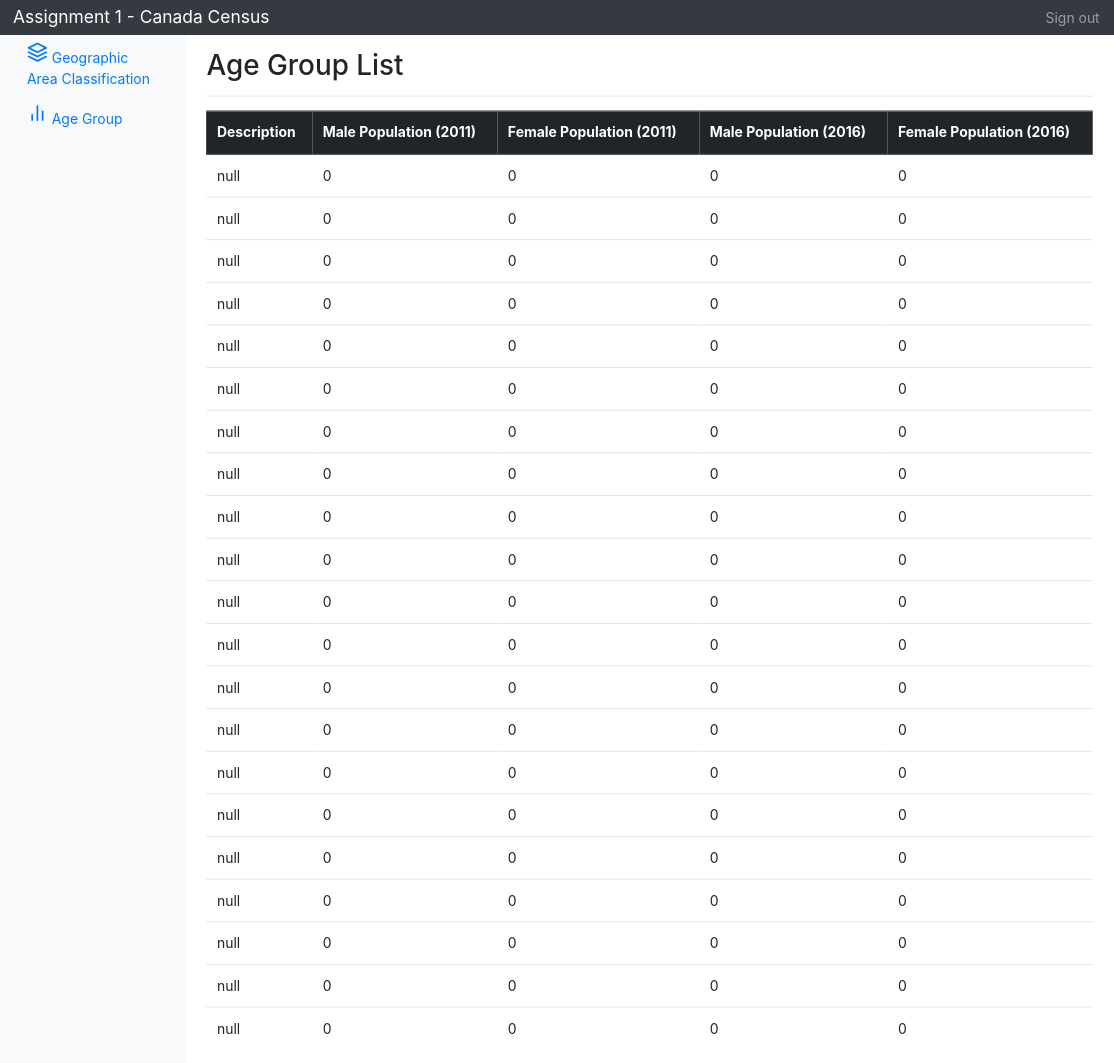
Repository: Yodilicious/PROG3060Assignment1
Page: http://localhost/PROG3060Assignment1JV/ageGroup
The author's editor kept a copy of each file at every save. The page is drawn from the files as they stood at one save, then again after the next save.
The browser window is 1280 px wide. The pictures show the whole page, at 87% of full size.
Some web libraries are served in a nearby version. The page is served by Tomcat 9. Queries for data that is not in the repository find no rows.

Above is the page before, as saved 2018-02-19 01:52:17.

After the next save:
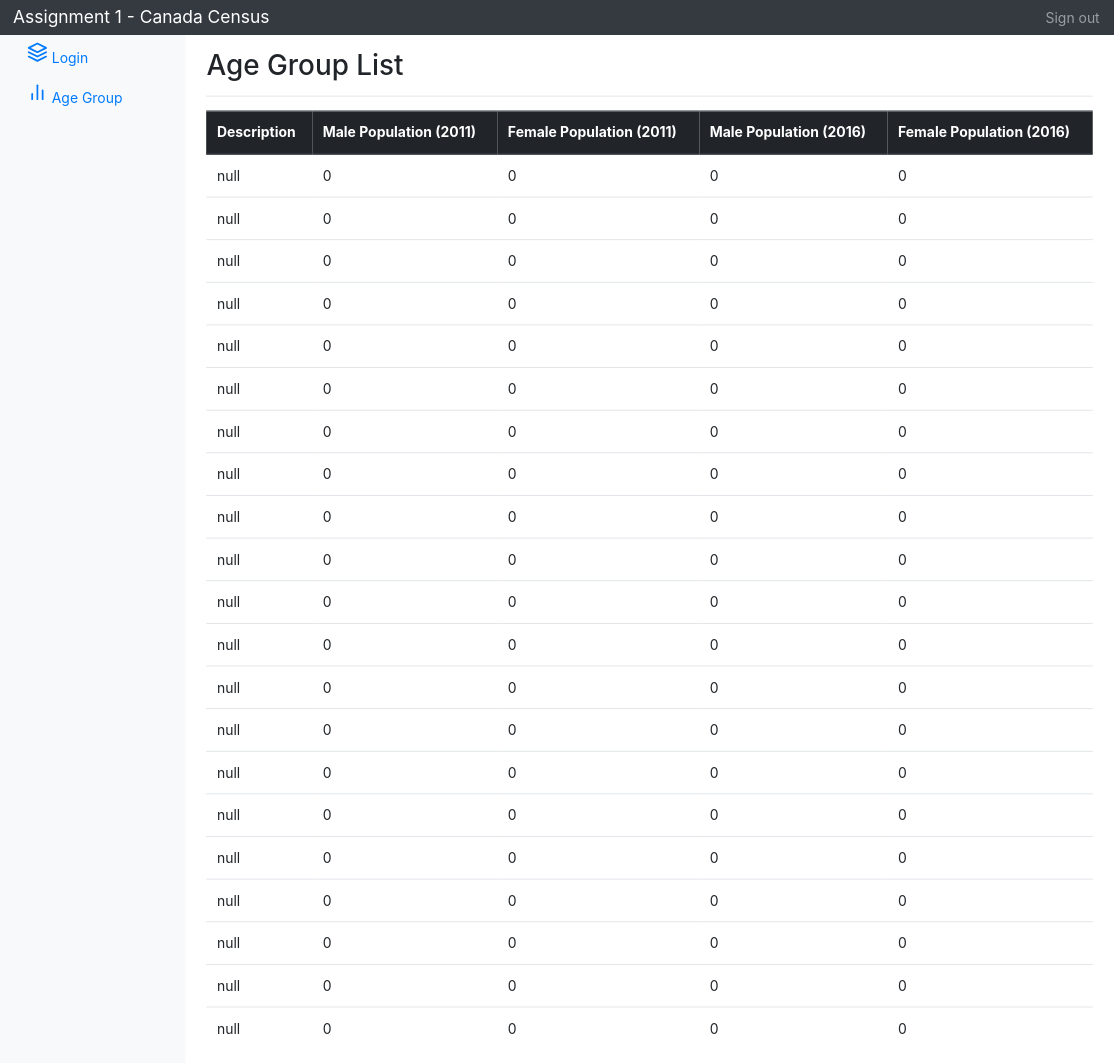
Saved 6 s later.
--- a/PROG3060Assignment1JV/WebContent/html/AgeGroupList.jsp
+++ b/PROG3060Assignment1JV/WebContent/html/AgeGroupList.jsp
@@ -28,7 +28,7 @@
               <li class="nav-item">
                 <a class="nav-link active" href="/PROG3060Assignment1JV">
                   <span data-feather="layers"></span>
-                  Geographic Area Classification<span class="sr-only">(current)</span>
+                  Login<span class="sr-only">(current)</span>
                 </a>
               </li>
               <li class="nav-item">
